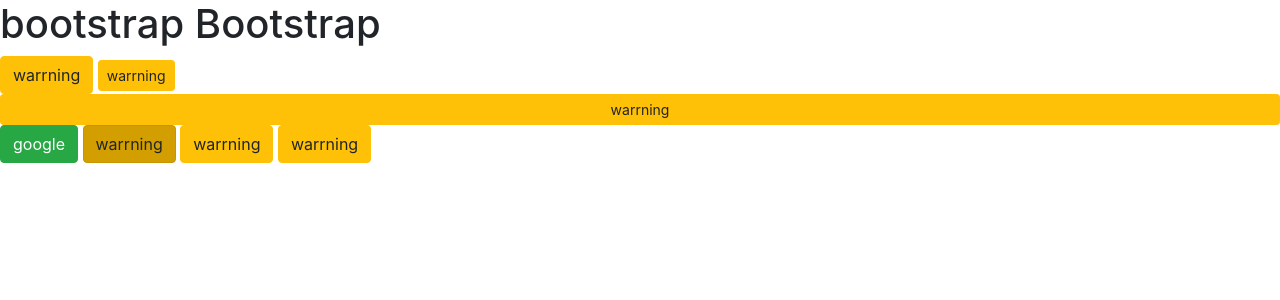
Repository: Mietlicha/exercise2
Page: index.html
An editor plug-in stored every save of this project. The page is shown before and after the next save, followed by the edit.
The browser window is 1280 px wide. The pictures show the whole page.

Above is the page before, as saved 2019-10-22 17:01:37.

### index.html
<!DOCTYPE html>
<html lang="en">
<head>
    <meta charset="UTF-8">
    <meta name="viewport" content="width=device-width, initial-scale=1.0">
    <meta http-equiv="X-UA-Compatible" content="ie=edge">
    <title>Document</title>
    <link rel="stylesheet" href="https://stackpath.bootstrapcdn.com/bootstrap/4.3.1/css/bootstrap.min.css" integrity="sha384-ggOyR0iXCbMQv3Xipma34MD+dH/1fQ784/j6cY/iJTQUOhcWr7x9JvoRxT2MZw1T" crossorigin="anonymous">

</head>
<body>
    <h1>bootstrap Bootstrap</h1>
    <button class="btn btn-warning">warrning</button>
    <button class="btn btn-warning btn-sm">warrning</button>
    <button class="btn btn-warning btn-sm btn-block">warrning</button>
    <a href="http://www.google.pl" target="_blank" class="btn btn-success">google</a>
    <button class="btn btn-warning active">warrning</button>
    <button class="btn btn-warning" disabled`>warrning</button>
    <button class="btn btn-warning">warrning</button>

</body>
</html>

After the next save:
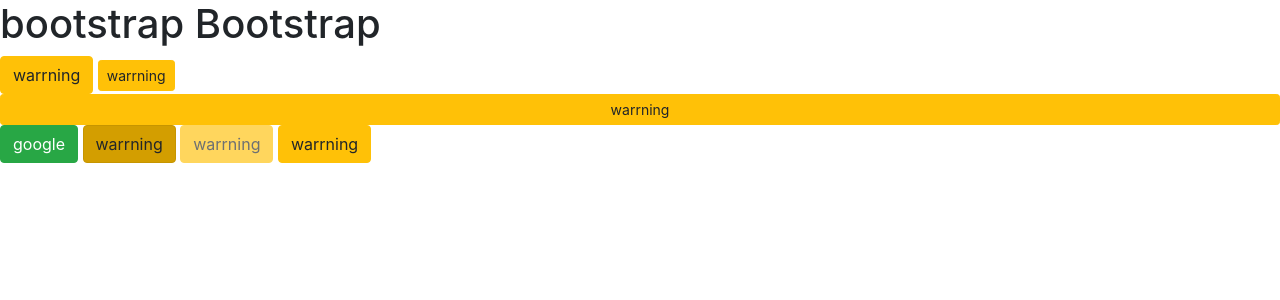
Saved 5 s later.
--- a/index.html
+++ b/index.html
@@ -15,7 +15,7 @@
     <button class="btn btn-warning btn-sm btn-block">warrning</button>
     <a href="http://www.google.pl" target="_blank" class="btn btn-success">google</a>
     <button class="btn btn-warning active">warrning</button>
-    <button class="btn btn-warning" disabled`>warrning</button>
+    <button class="btn btn-warning" disabled>warrning</button>
     <button class="btn btn-warning">warrning</button>
 
 </body>
